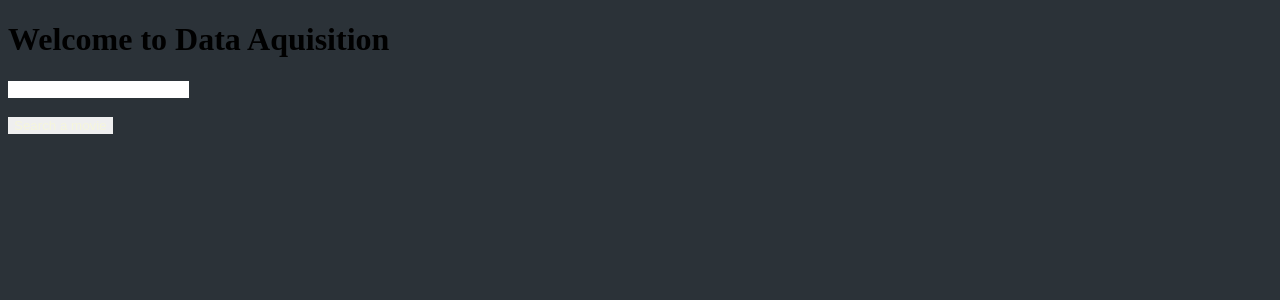
Repository: randy918/good-naked-beginning
Page: index.html
The author's editor kept a copy of each file at every save. The page is drawn from the files as they stood at one save, then again after a run of saves.
The browser window is 1280 px wide. The pictures show the whole page.
The style sheet was rebuilt from its Sass, Less or Tailwind sources for each picture, by a compiler version that may differ from the author's.

Above is the page before, as saved 2023-01-01 15:09:14.

### index.html
<!DOCTYPE html>
<html lang="en">

    <head>
        <meta charset="UTF-8">
        <meta http-equiv="X-UA-Compatible" content="IE=edge">
        <meta name="viewport" content="width=device-width, initial-scale=1.0">
        <link rel="stylesheet" href="css/main.css" <script
            src="https://ajax.googleapis.com/ajax/libs/jquery/3.6.3/jquery.min.js" defer>

        <title>Movie App Esterling</title>
    </head>

    <body>

        <div class="container">
            <h1>Welcome to Data Aquisition</h1>

            <form>
                <div class="form-group">
                    <input type="text" id="inputValue">
                </div>

            </form>
        </div>
<br>
<button type="submit" id="search">Search a movie</button>

        <script src="js/key.js"></script>
        <script src="js/index.js"></script>

    </body>

</html>

<!-- ca1f26ba6eb2ba4fb641257b39d3bea7 -->

### js/key.js
const APIKEY = "ca1f26ba6eb2ba4fb641257b39d3bea7";

### js/index.js
//!  121822.0830        VARIABLES



//!  121822.0826        FUNCTIONS

const init = function () {
  main();
};


window.onload = function () {
    init();
};



//!  123122.1839        MAIN

const main = function () {

console.log('jhello');


};


//!  123122.1839        END

### css/main.scss
$colors: (bg: rgba(55, 66, 76, 1),
    theGreen: rgba(0, 173, 43, 1),
    theRed: rgba(194, 47, 51, 1),
    theOrange: rgba(255, 103, 0, 1),
    theRodeoPink: #f1a1a4,
    theRodeoBlue: #7f86b0,
    theYellow: rgb(221, 172, 94),
    theGray: rgb(78, 92, 107),
    theBackground: rgba(241, 227, 214, 1),
    theDarkGray: rgba(43, 50, 56, 1),
    theBrown: rgba(101, 42, 36, 1),
    bitByBitRed: rgba(240, 44, 80, 1),
    bitByBitBlue: rgba(0, 79, 136, 1),
    bitByBitBlonde: rgba(241, 227, 214, 1),
    bbb2-TranquilSea: rgba(188, 199, 203, 1),
    bbb2-RedMyMind: rgba(143, 57, 56, 1),
    bbb2-SnowyPine: rgba(226, 223, 216, 1),
    bbb2-Basswood: rgba(188, 166, 142, 1),
    bbb2-CompassBlue: rgba(51, 66, 87, 1),
);

@function getColor($color-name) {
    @return map-get($colors, $color-name);
}

* {
    box-sizing: border-box;
    border: none;
}

body {

background: getColor(theDarkGray);

}

h1 {



}

#search {

color: beige;


}

After the next 6 saves:
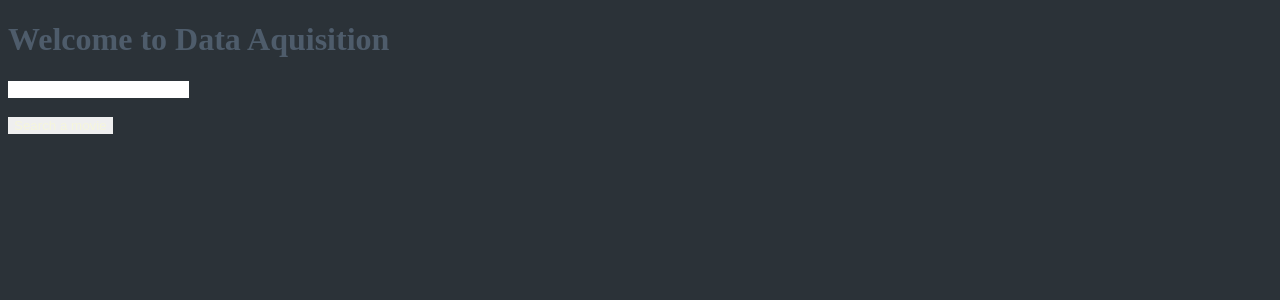
The 6 saves are shown as one change because 1 did not build or start and some came seconds apart.
The last was saved 56 s later.
--- a/css/main.scss
+++ b/css/main.scss
@@ -29,6 +29,7 @@ $colors: (bg: rgba(55, 66, 76, 1),
 }
 
 body {
+color: getColor(theGray);
 
 background: getColor(theDarkGray);
 
